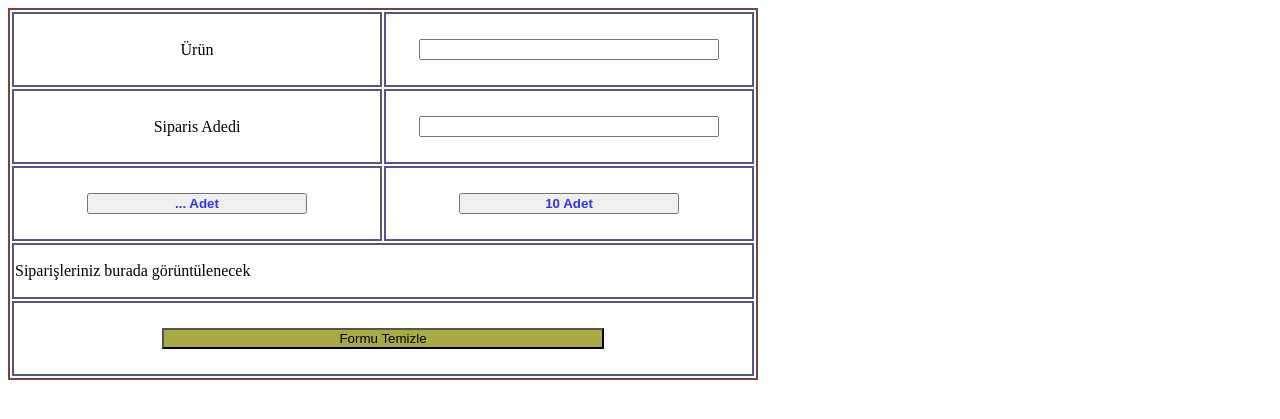
Repository: emrebolukbas/.js-Training-Tobeto
Page: 3-Siparis/public/Siparis.html
An editor plug-in stored every save of this project. The page is shown before and after the next save, followed by the edit.
The browser window is 1280 px wide. The pictures show the whole page.

Above is the page before, as saved 2023-10-08 12:42:42.

### 3-Siparis/public/Siparis.html
<!DOCTYPE html>
<html>
<head>
	<meta charset="UTF-8">
	<title> 3- Siparis 1.0 </title>
	<script type="text/javascript" src="Siparis.js"></script>
	<link rel="stylesheet" href="Siparis.css">
</head>
<body onload="sayfaYukle()">

	<table class="table-1">
		<tr class="tr-1">
			<td>
				Ürün
			</td>
			<td>
				<input id="input-1" type="text">
			</td>
		</tr>
		<tr class="tr-1">
			<td>
				Siparis Adedi
			</td>
			<td>
				<input id="input-2" type="text">
			</td>
		</tr>
		<tr class="tr-2">
			<td class="td-1">
				<button class="button-1" onclick="adetSiparis()"> ... Adet </button>
			</td>
			<td class="td-1">
				<button class="button-1" onclick="onSiparis()"> 10 Adet </button>
			</td>
		</tr>
		<tr>
			<td colspan="2">
				<p id="p-1"></p>
			</td>
		</tr>
		<tr class="tr-2">
			<td colspan="2">
				<button class="button-2" id="button-3" onclick="temizle()"> Formu Temizle </button>
			</td>
		</tr>

	</table>

</body>
</html>

### 3-Siparis/public/Siparis.js
/**
 *
 */

 var bilgiIletisi = "Siparişleriniz burada görüntülenecek"
 var girisIletisi = "Teşekkür ederiz..."

 function sayfaYukle () {

	 document.getElementById("p-1").innerHTML = bilgiIletisi;
 }

### 3-Siparis/public/Siparis.css
@charset "UTF-8";

table.table-1 {
	table-layout: fixed;
	width: 750px;
	border: solid 2px #744;
}

tr.tr-1 {
	height: 75px;
	text-align: center;
}
tr.tr-1 input {
	width: 80%;
}

/* Çizelgenin ikinci tür satırları için Css stilli */

tr.tr-2 {
	text-align: center;
	height: 75px;
}

td {
	border: solid 2px #558;
}

td.td-1 {
	text-align: center;
}

button.button-1 {
	width: 220px;
	color: #33e;
	font-weight: 900;
}

button.button-2 {
	background-color: #aa4;
	width: 60%;
}

After the next save:
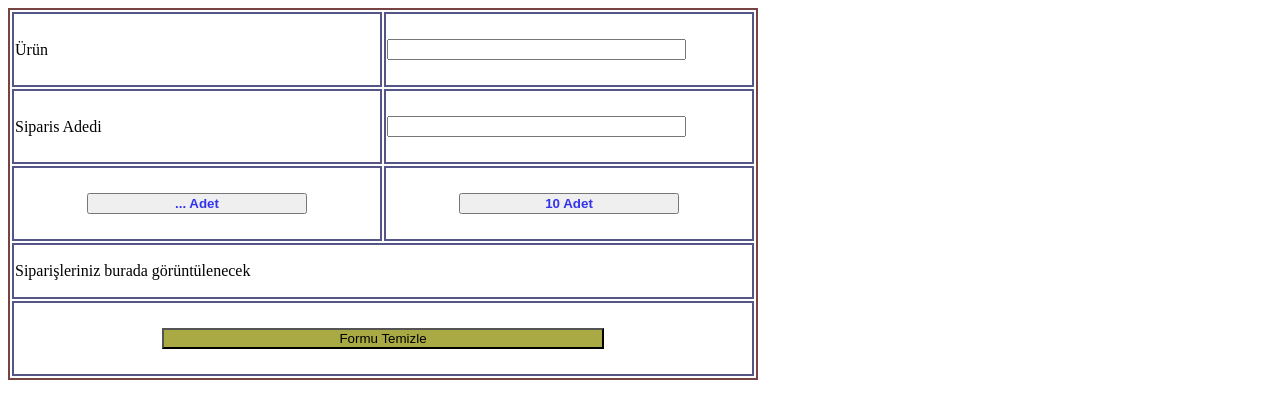
Saved 17 s later.
--- a/3-Siparis/public/Siparis.css
+++ b/3-Siparis/public/Siparis.css
@@ -8,7 +8,7 @@ table.table-1 {
 
 tr.tr-1 {
 	height: 75px;
-	text-align: center;
+
 }
 tr.tr-1 input {
 	width: 80%;
